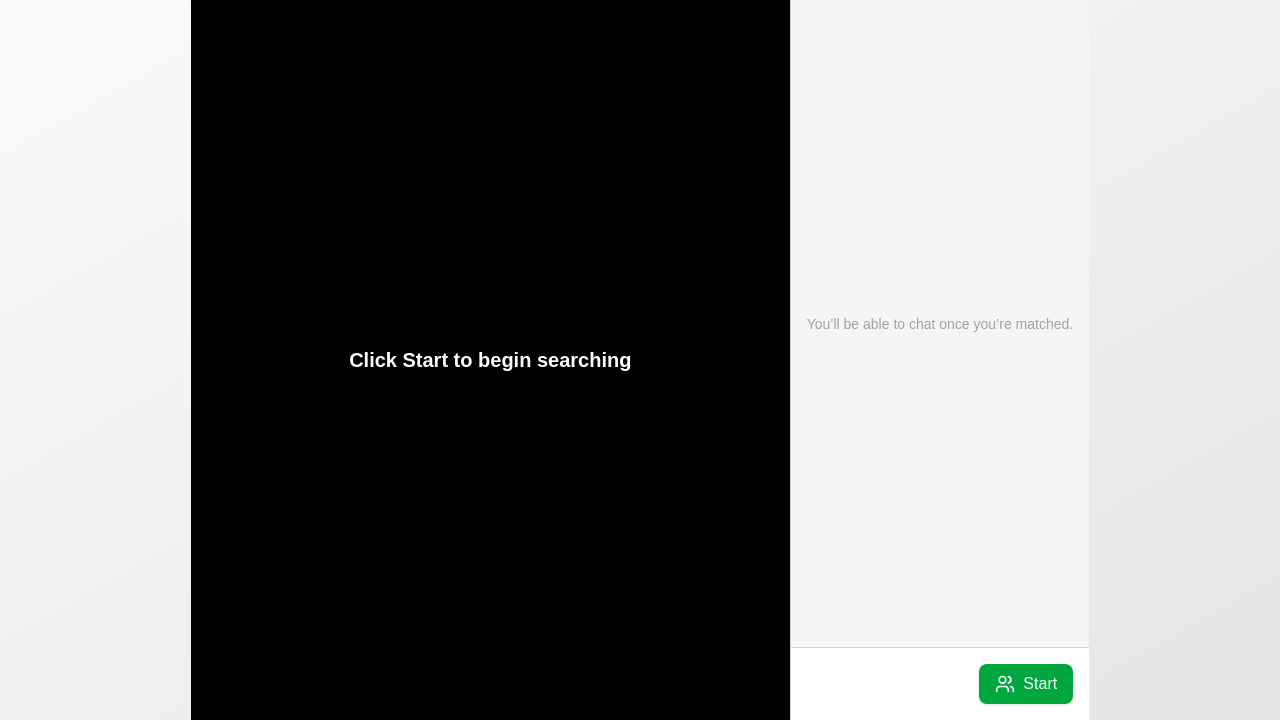
Repository: akanksha653/connectify
Page: /anonymous
The author's editor kept a copy of each file at every save. The page is drawn from the files as they stood at one save, then again after the next save.
The browser window is 1280 px wide. The pictures show the whole page.
The page's requests for data from a server got no answer. The project was rebuilt for these pictures with package versions that can differ from the ones it lists, and the page was loaded fresh each time. The framework's server and built-in components were replaced by stand-ins that run in the browser. No one was signed in, and anything a server would have sent is missing. Also part of the build but not shown: next.config.ts, components/video/LocalVideo.tsx, components/video/RemoteVideo.tsx, components/chat/Message.tsx, components/chat/TypingIndicator.tsx, components/chat/ChatBox.tsx, features/anonymousChat/components/FindingPartner.tsx.

Above is the page before, as saved 2025-07-12 18:41:19.

### src/app/anonymous/page.tsx
"use client";

import React from "react";
// Update the import path below to the correct relative path if needed
import AnonymousChatRoom from "../../../features/anonymousChat/components/AnonymousChatRoom";

export default function AnonymousPage() {
  return (
    <main className="flex min-h-screen flex-col items-center justify-center bg-gradient-to-br from-neutral-50 to-neutral-200 dark:from-neutral-900 dark:to-neutral-800 px-4">
      <AnonymousChatRoom />
    </main>
  );
}

### features/anonymousChat/components/AnonymousChatRoom.tsx
"use client";

import React, { useEffect, useState, useCallback } from "react";
import useWebRTC from "../hooks/useWebRTC";
import useSocket from "../hooks/useSocket";
import LocalVideo from "../../../components/video/LocalVideo";
import RemoteVideo from "../../../components/video/RemoteVideo";
import ChatBox from "../../../components/chat/ChatBox";
import FindingPartner from "./FindingPartner";
import { Video, Users, RefreshCcw, CircleStop } from "lucide-react";

export default function AnonymousChatRoom() {
  const [roomId, setRoomId] = useState<string | null>(null);
  const [isOfferer, setIsOfferer] = useState<boolean | null>(null);
  const [loading, setLoading] = useState(false);
  const [sessionStarted, setSessionStarted] = useState(false);

  const socket = useSocket();
  const { localStream, remoteStream } = useWebRTC(roomId, isOfferer, sessionStarted);

  const handleMatched = useCallback(({ roomId, isOfferer }: { roomId: string; partnerId: string; isOfferer: boolean }) => {
    console.log("🎉 Matched in room:", roomId, "Offerer:", isOfferer);
    setRoomId(roomId);
    setIsOfferer(isOfferer);
    setLoading(false);
  }, []);

  useEffect(() => {
    if (!socket) return;
    socket.off("matched", handleMatched);
    socket.on("matched", handleMatched);
    return () => {
      socket.off("matched", handleMatched);
    };
  }, [socket, handleMatched]);

  useEffect(() => {
    if (!socket) return;

    const handleDisconnect = () => {
      console.log("⚠️ Disconnected from socket server");
      setLoading(false);
      setSessionStarted(false);
    };

    const handleConnect = () => {
      console.log("✅ Connected to socket server:", socket.id);
    };

    socket.on("disconnect", handleDisconnect);
    socket.on("connect", handleConnect);

    return () => {
      socket.off("disconnect", handleDisconnect);
      socket.off("connect", handleConnect);
    };
  }, [socket]);

  useEffect(() => {
    return () => {
      if (socket && roomId) {
        socket.emit("leave-room", roomId);
        console.log("👋 Left room:", roomId);
      }
    };
  }, [socket, roomId]);

  const handleStart = () => {
    if (!sessionStarted) {
      setLoading(true);
      setSessionStarted(true);
      socket?.emit("start-looking");
      console.log("🔎 Started looking for partner");
    }
  };

  const handleStop = () => {
    if (roomId) {
      socket?.emit("leave-room", roomId);
      console.log("🛑 Stopped session and left room:", roomId);
    }
    setRoomId(null);
    setIsOfferer(null);
    setSessionStarted(false);
    setLoading(false);
  };

  const handleSkip = () => {
    handleStop();
    handleStart();
    console.log("⏭️ Skipped to new partner");
  };

  const renderControlButton = () => {
    const baseClasses = "flex items-center gap-2 px-4 py-2 rounded-lg shadow font-medium transition";
    if (!sessionStarted) {
      return (
        <button
          onClick={handleStart}
          className={`${baseClasses} bg-green-600 hover:bg-green-700 text-white`}
        >
          <Users className="w-5 h-5" />
          Start
        </button>
      );
    } else if (loading) {
      return (
        <button
          onClick={handleStop}
          className={`${baseClasses} bg-red-600 hover:bg-red-700 text-white`}
        >
          <CircleStop className="w-5 h-5" />
          Stop
        </button>
      );
    } else {
      return (
        <button
          onClick={handleSkip}
          className={`${baseClasses} bg-yellow-500 hover:bg-yellow-600 text-white`}
        >
          <RefreshCcw className="w-5 h-5" />
          Skip
        </button>
      );
    }
  };

  return (
    <div className="grid md:grid-cols-3 h-screen bg-neutral-100 dark:bg-neutral-900">
      {/* Video Section */}
      <div className="md:col-span-2 relative flex items-center justify-center bg-black">
        {!sessionStarted ? (
          <div className="text-white text-xl font-semibold">Click Start to begin searching</div>
        ) : loading ? (
          <FindingPartner />
        ) : (
          <>
            <RemoteVideo stream={remoteStream} />
            <div className="absolute bottom-5 right-5 w-36 h-36 border-2 border-white rounded overflow-hidden">
              {localStream ? (
                <LocalVideo stream={localStream} />
              ) : (
                <div className="text-white text-sm p-2">Loading camera...</div>
              )}
            </div>
          </>
        )}
      </div>

      {/* Chat + Controls */}
      <div className="flex flex-col border-l border-neutral-300 dark:border-neutral-700">
        <div className="flex-grow overflow-y-auto">
          {roomId ? (
            <ChatBox socket={socket} roomId={roomId} />
          ) : (
            <div className="flex items-center justify-center h-full text-neutral-400 text-sm px-4">
              You’ll be able to chat once you’re matched.
            </div>
          )}
        </div>
        <div className="p-4 border-t border-neutral-300 dark:border-neutral-700 bg-white dark:bg-neutral-800 flex justify-end">
          {renderControlButton()}
        </div>
      </div>
    </div>
  );
}

### features/anonymousChat/hooks/useWebRTC.ts
import { useEffect, useRef, useState } from "react";
import { io, Socket } from "socket.io-client";

const SOCKET_URL = process.env.NEXT_PUBLIC_SOCKET_URL;

export default function useWebRTC(roomId: string | null, isOfferer: boolean | null, isStarted: boolean) {
  const [remoteStream, setRemoteStream] = useState<MediaStream | null>(null);
  const [localStream, setLocalStream] = useState<MediaStream | null>(null);
  const peerConnectionRef = useRef<RTCPeerConnection | null>(null);
  const socketRef = useRef<Socket | null>(null);

  const iceServers = {
    iceServers: [
      { urls: "stun:stun.l.google.com:19302" },
      { urls: "stun:stun1.l.google.com:19302" },
      // 🔒 Add TURN servers for production behind NAT/firewalls
    ],
  };

  useEffect(() => {
    if (!roomId || isOfferer === null || !isStarted) {
      console.log("⏳ Waiting for Start button click + server-assigned roomId + role...");
      return;
    }

    const init = async () => {
      if (!SOCKET_URL) {
        console.error("❌ NEXT_PUBLIC_SOCKET_URL is not defined");
        return;
      }

      try {
        // ✅ Connect to signaling server
        socketRef.current = io(SOCKET_URL, {
          transports: ["websocket"],
        });

        socketRef.current.on("connect", () => {
          console.log("✅ Connected to socket server:", socketRef.current?.id);
        });

        // ✅ Get local media stream AFTER user clicks Start
        const stream = await navigator.mediaDevices.getUserMedia({ video: true, audio: true });
        setLocalStream(stream);
        console.log("📷 Obtained local media stream");

        // ✅ Create RTCPeerConnection
        peerConnectionRef.current = new RTCPeerConnection(iceServers);
        console.log("🔧 Created RTCPeerConnection");

        // ✅ Add local tracks to peer connection
        stream.getTracks().forEach((track) => {
          peerConnectionRef.current?.addTrack(track, stream);
        });

        // ✅ Handle remote stream
        peerConnectionRef.current.ontrack = (event) => {
          console.log("📡 Received remote stream track");
          setRemoteStream(event.streams[0]);
        };

        // ✅ Monitor connection state
        peerConnectionRef.current.onconnectionstatechange = () => {
          console.log("🔗 Connection state:", peerConnectionRef.current?.connectionState);
        };

        // ✅ Handle ICE candidates generated locally
        peerConnectionRef.current.onicecandidate = (event) => {
          if (event.candidate) {
            console.log("📤 Sending ICE candidate");
            socketRef.current?.emit("ice-candidate", { candidate: event.candidate, roomId });
          }
        };

        // ✅ Join room and wait for confirmation before offer creation
        socketRef.current.emit("join-room", roomId);

        socketRef.current.on("joined-room", async (joinedRoomId) => {
          console.log("🏠 Successfully joined room:", joinedRoomId);

          if (isOfferer) {
            console.log("📞 Creating offer...");
            const offer = await peerConnectionRef.current!.createOffer();
            await peerConnectionRef.current!.setLocalDescription(offer);
            socketRef.current?.emit("offer", { offer, roomId });
            console.log("📤 Sent offer:", offer);
          }
        });

        // ✅ Listen for offer
        socketRef.current.on("offer", async ({ offer }) => {
          console.log("📩 Received offer:", offer);
          await peerConnectionRef.current!.setRemoteDescription(new RTCSessionDescription(offer));
          const answer = await peerConnectionRef.current!.createAnswer();
          await peerConnectionRef.current!.setLocalDescription(answer);
          socketRef.current?.emit("answer", { answer, roomId });
          console.log("📤 Sent answer:", answer);
        });

        // ✅ Listen for answer
        socketRef.current.on("answer", async ({ answer }) => {
          console.log("📩 Received answer:", answer);
          await peerConnectionRef.current!.setRemoteDescription(new RTCSessionDescription(answer));
        });

        // ✅ Listen for ICE candidates from remote peer
        socketRef.current.on("ice-candidate", async ({ candidate }) => {
          console.log("📩 Received ICE candidate:", candidate);
          try {
            await peerConnectionRef.current!.addIceCandidate(new RTCIceCandidate(candidate));
          } catch (error) {
            console.error("❌ Error adding received ICE candidate:", error);
          }
        });

      } catch (error) {
        console.error("❌ Failed to initialize WebRTC:", error);
      }
    };

    init();

    return () => {
      console.log("🧹 Cleaning up WebRTC and socket connections");
      peerConnectionRef.current?.close();
      localStream?.getTracks().forEach((track) => track.stop());
      socketRef.current?.disconnect();
    };
  }, [roomId, isOfferer, isStarted]);

  return { localStream, remoteStream };
}

### features/anonymousChat/hooks/useSocket.ts
// features/anonymousChat/hooks/useSocket.ts

import { useEffect, useState } from "react";
import { io, Socket } from "socket.io-client";

const SOCKET_URL = process.env.NEXT_PUBLIC_SOCKET_URL;

export default function useSocket(): Socket | null {
  const [socket, setSocket] = useState<Socket | null>(null);

  useEffect(() => {
    if (!SOCKET_URL) {
      console.error("❌ NEXT_PUBLIC_SOCKET_URL is not defined");
      return;
    }

    const newSocket = io(SOCKET_URL, {
      transports: ["websocket"],
      reconnectionAttempts: 3,
      reconnectionDelay: 1000,
      forceNew: true, // ✅ ensures fresh connection per hook usage
    });

    newSocket.on("connect", () => {
      console.log("✅ Connected to socket server:", newSocket.id);
    });

    newSocket.on("disconnect", () => {
      console.log("❌ Disconnected from socket server");
    });

    newSocket.on("connect_error", (err) => {
      console.error("⚠️ Socket connection error:", err.message);
    });

    setSocket(newSocket);

    return () => {
      newSocket.disconnect();
    };
  }, []);

  return socket;
}

Loaded but not shown: src/app/layout.tsx (common file); src/app/globals.css (common file)

After the next save:
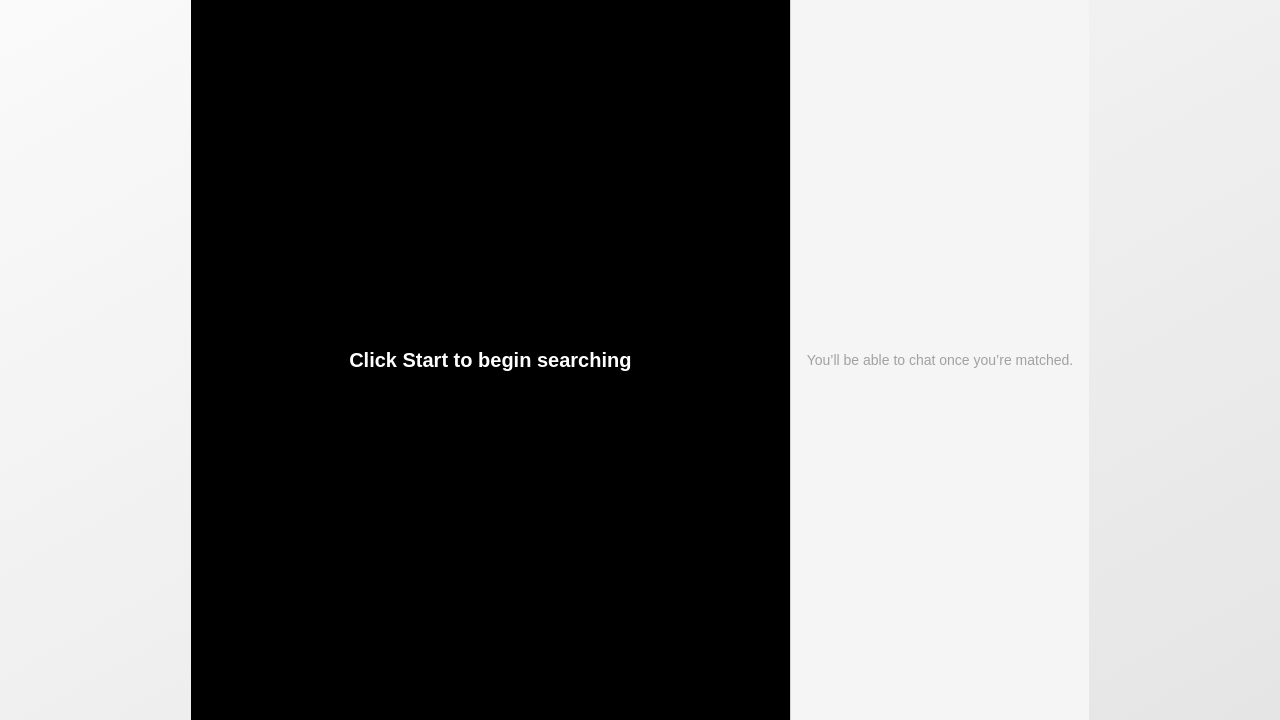
Saved 2 h 22 min later.
--- a/features/anonymousChat/components/AnonymousChatRoom.tsx
+++ b/features/anonymousChat/components/AnonymousChatRoom.tsx
@@ -7,7 +7,6 @@ import LocalVideo from "../../../components/video/LocalVideo";
 import RemoteVideo from "../../../components/video/RemoteVideo";
 import ChatBox from "../../../components/chat/ChatBox";
 import FindingPartner from "./FindingPartner";
-import { Video, Users, RefreshCcw, CircleStop } from "lucide-react";
 
 export default function AnonymousChatRoom() {
   const [roomId, setRoomId] = useState<string | null>(null);
@@ -65,6 +64,7 @@ export default function AnonymousChatRoom() {
     };
   }, [socket, roomId]);
 
+  // 🔁 Control functions passed into ChatBox
   const handleStart = () => {
     if (!sessionStarted) {
       setLoading(true);
@@ -89,41 +89,6 @@ export default function AnonymousChatRoom() {
     handleStop();
     handleStart();
     console.log("⏭️ Skipped to new partner");
-  };
-
-  const renderControlButton = () => {
-    const baseClasses = "flex items-center gap-2 px-4 py-2 rounded-lg shadow font-medium transition";
-    if (!sessionStarted) {
-      return (
-        <button
-          onClick={handleStart}
-          className={`${baseClasses} bg-green-600 hover:bg-green-700 text-white`}
-        >
-          <Users className="w-5 h-5" />
-          Start
-        </button>
-      );
-    } else if (loading) {
-      return (
-        <button
-          onClick={handleStop}
-          className={`${baseClasses} bg-red-600 hover:bg-red-700 text-white`}
-        >
-          <CircleStop className="w-5 h-5" />
-          Stop
-        </button>
-      );
-    } else {
-      return (
-        <button
-          onClick={handleSkip}
-          className={`${baseClasses} bg-yellow-500 hover:bg-yellow-600 text-white`}
-        >
-          <RefreshCcw className="w-5 h-5" />
-          Skip
-        </button>
-      );
-    }
   };
 
   return (
@@ -152,16 +117,21 @@ export default function AnonymousChatRoom() {
       <div className="flex flex-col border-l border-neutral-300 dark:border-neutral-700">
         <div className="flex-grow overflow-y-auto">
           {roomId ? (
-            <ChatBox socket={socket} roomId={roomId} />
+            <ChatBox
+              socket={socket}
+              roomId={roomId}
+              onStart={handleStart}
+              onStop={handleStop}
+              onSkip={handleSkip}
+              sessionStarted={sessionStarted}
+              loading={loading}
+            />
           ) : (
             <div className="flex items-center justify-center h-full text-neutral-400 text-sm px-4">
               You’ll be able to chat once you’re matched.
             </div>
           )}
         </div>
-        <div className="p-4 border-t border-neutral-300 dark:border-neutral-700 bg-white dark:bg-neutral-800 flex justify-end">
-          {renderControlButton()}
-        </div>
       </div>
     </div>
   );
